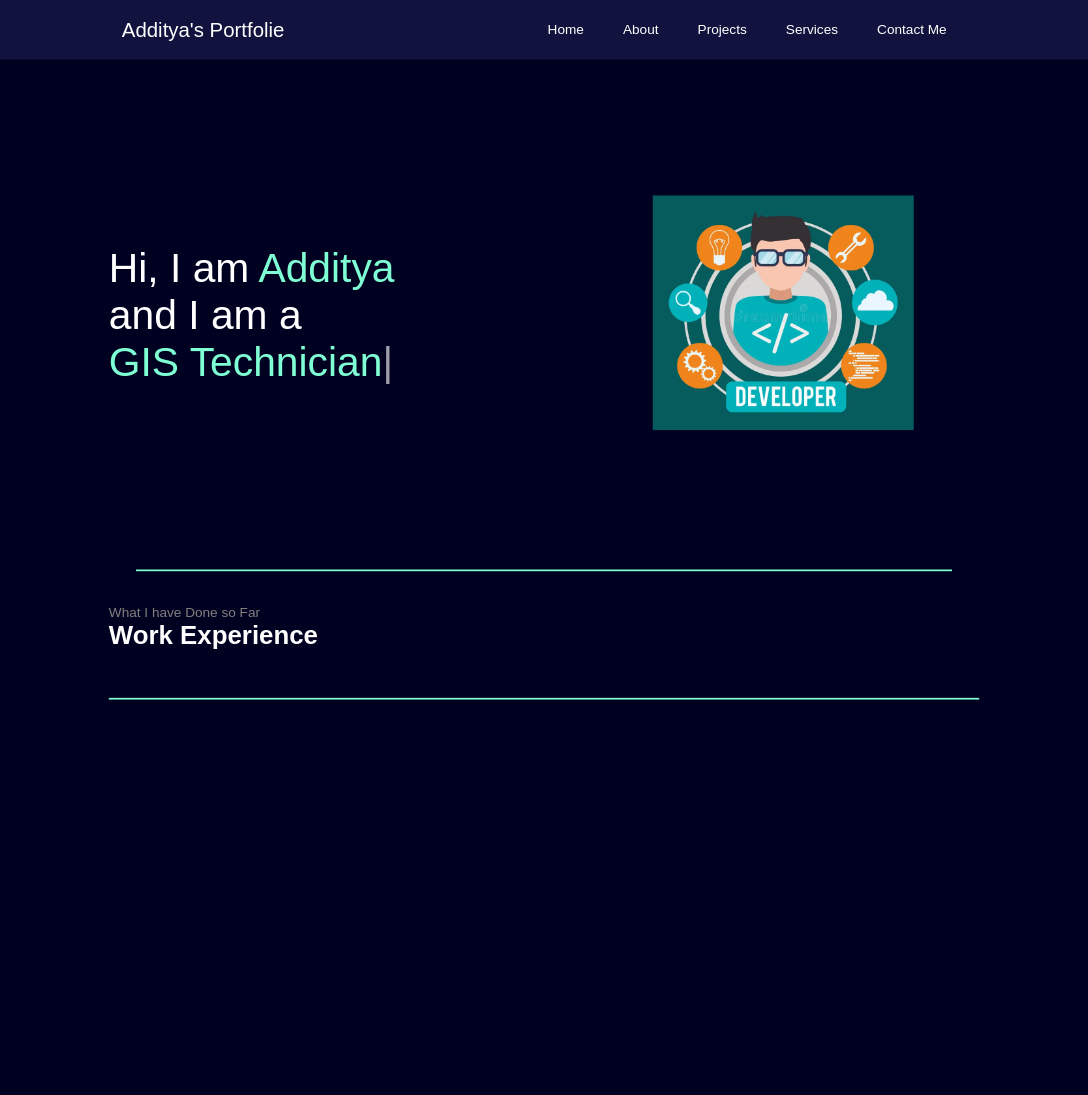
Repository: VictoriousMango/Portfolio
Page: index.html
An editor plug-in stored every save of this project. The page is shown before and after the next save, followed by the edit.
The browser window is 1280 px wide. The pictures show the whole page, at 85% of full size.

Above is the page before, as saved 2023-08-27 11:01:32.

After the next save:
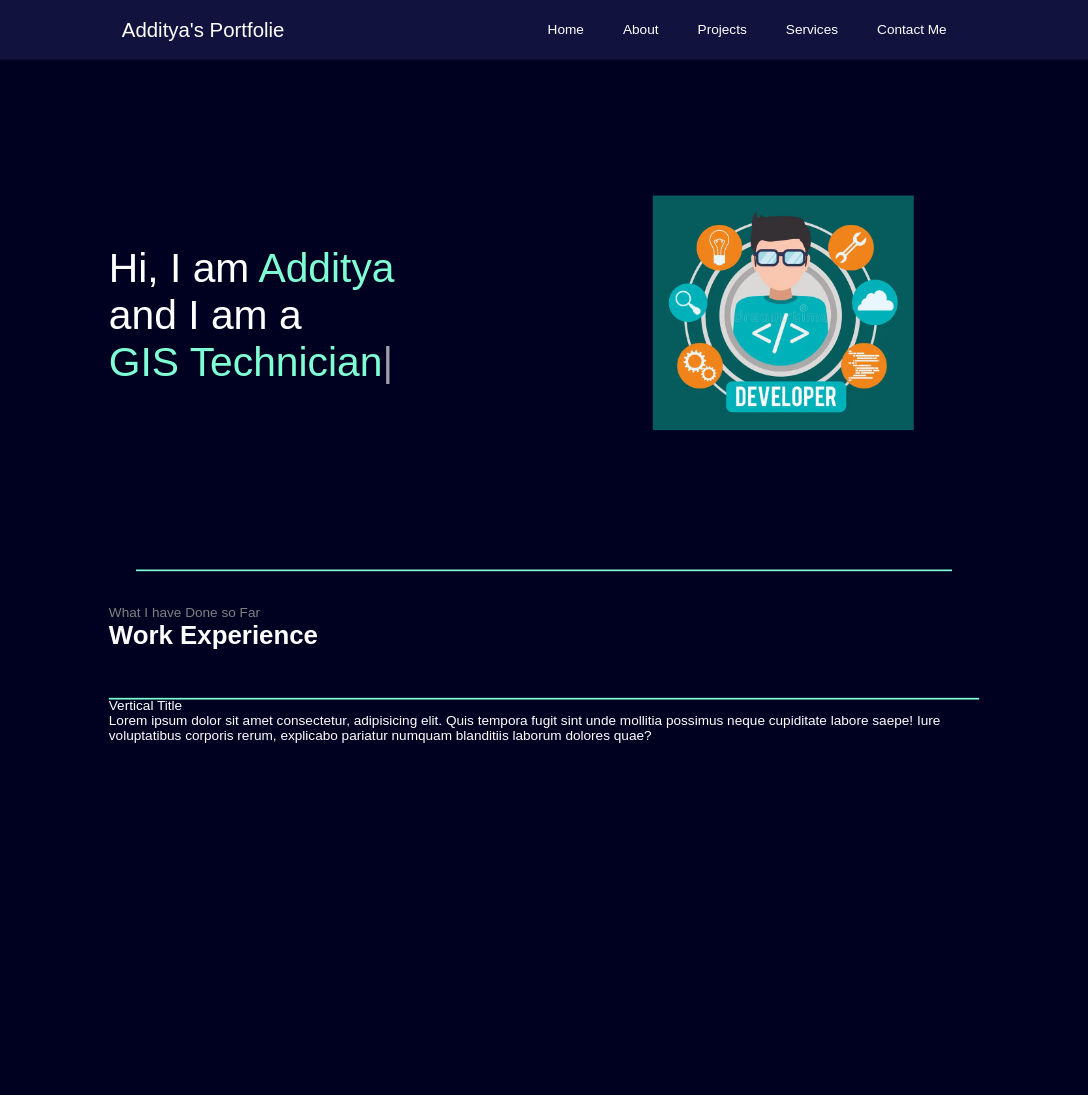
Saved 2 min 52 s later.
--- a/index.html
+++ b/index.html
@@ -139,7 +139,15 @@
             <span class="text-gray">What I have Done so Far</span>
             <h1>Work Experience</h1>
             <div class="box">
-                <div class="vertical"></div>
+                <div class="vertical">
+                    <!-- Image  -->
+                    <div class="vertical-title">
+                        Vertical Title
+                    </div>
+                    <div class="vertical-desc">
+                        Lorem ipsum dolor sit amet consectetur, adipisicing elit. Quis tempora fugit sint unde mollitia possimus neque cupiditate labore saepe! Iure voluptatibus corporis rerum, explicabo pariatur numquam blanditiis laborum dolores quae?
+                    </div>
+                </div>
                 <div class="vertical"></div>
                 <div class="vertical"></div>
                 <div class="vertical"></div>
